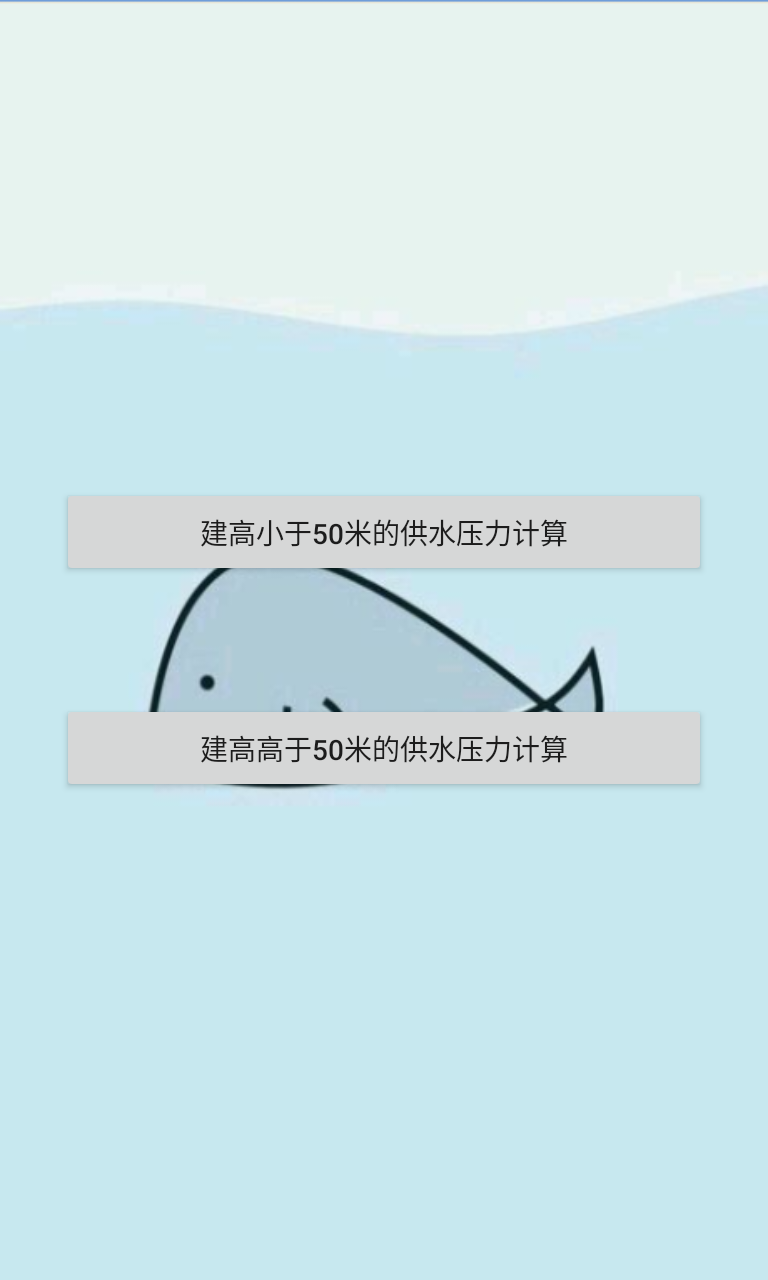
Repository: hohoTT/fireWork_handle_app
Layout: fireWork_handle_app/res/layout/water_power_pump.xml
The author's editor kept a copy of each file at every save. The layout is drawn from the files as they stood at one save, then again after the next save.
It is drawn on a 768 x 1280 px phone screen (xhdpi) without system bars, with theme AppTheme; the app's code is not run.

Above is the layout before, as saved 2016-03-06 11:55:33.

After the next save:
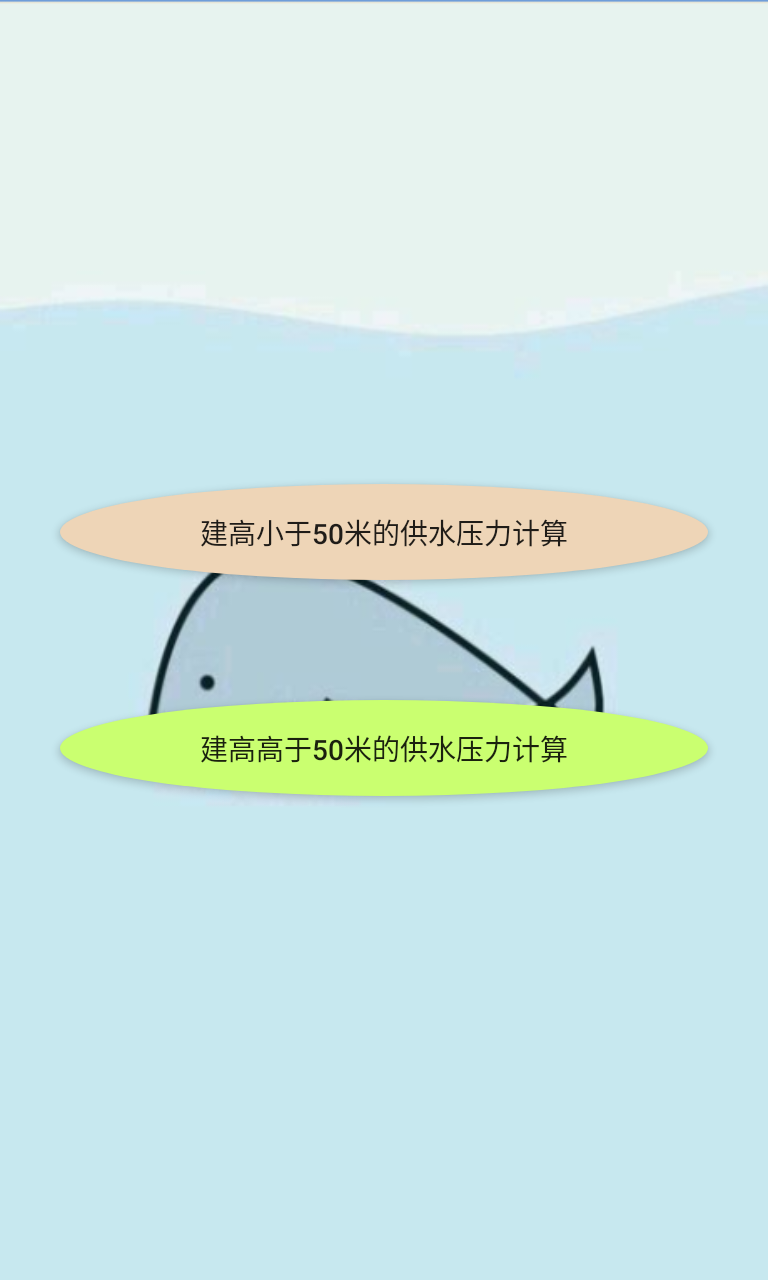
Saved 29 s later.
--- a/fireWork_handle_app/res/layout/water_power_pump.xml
+++ b/fireWork_handle_app/res/layout/water_power_pump.xml
@@ -11,14 +11,16 @@
 	    android:layout_width="match_parent"
 	    android:layout_height="wrap_content"
 	    android:layout_margin="30dp"
-	    android:text="@string/water_power_pump_low" />
+	    android:text="@string/water_power_pump_low"
+	    android:background="@drawable/shape_one"/>
 
     <Button
         android:id="@+id/btu_water_power_pump_high"
 	    android:layout_width="match_parent"
 	    android:layout_height="wrap_content"
 	    android:layout_margin="30dp"
-	    android:text="@string/water_power_pump_high" />
+	    android:text="@string/water_power_pump_high"
+	    android:background="@drawable/shape_two" />
 
 
 </LinearLayout>
